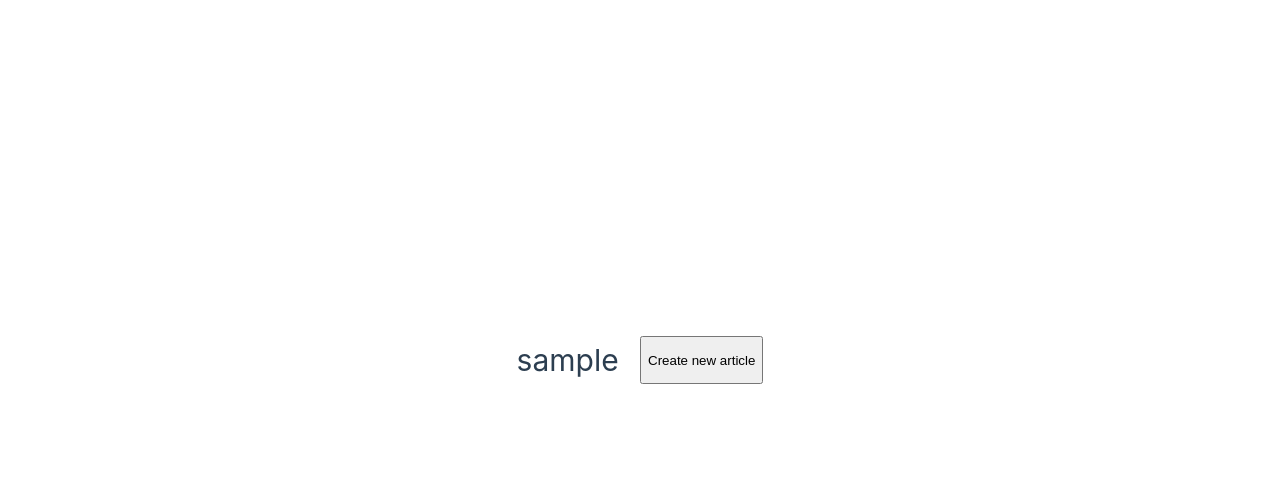
Repository: khentandaya/bulletinboard_crud
Page: /
An editor plug-in stored every save of this project. The page is shown before and after the next save, followed by the edit.
The browser window is 1280 px wide. The pictures show the whole page.
The project was rebuilt for these pictures with package versions that can differ from the ones it lists, and the page was loaded fresh each time. Also part of the build but not shown: vite.config.js.

Above is the page before, as saved 2022-08-13 12:06:33.

After the next save:
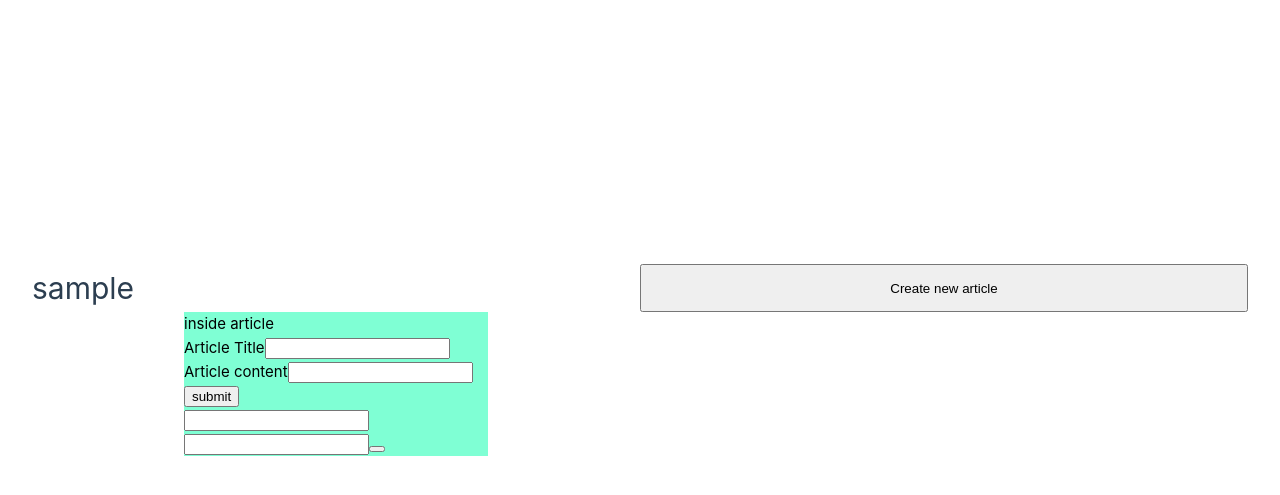
Saved 3 min 14 s later.
--- a/src/App.vue
+++ b/src/App.vue
@@ -1,8 +1,8 @@
 <script setup>
 import { reactive, ref } from "@vue/reactivity";
 
-let toggle = ref(false);
-let toggle_edit = ref(false);
+let toggle = ref(Boolean);
+let toggle_edit = ref(Boolean);
 
 const article_arr = ref([]);
 const title = ref("");
@@ -34,7 +34,7 @@ const deleteArticle = (itemID) => {
 
 //edit_info
 const editArticle = (itemID) => {
-  this.toggle_edit = "true";
+  toggle_edit = "true";
   let i = article_arr.value.map((item) => item.id).indexOf(itemID);
 
   console.log(article_arr.value[i]);
